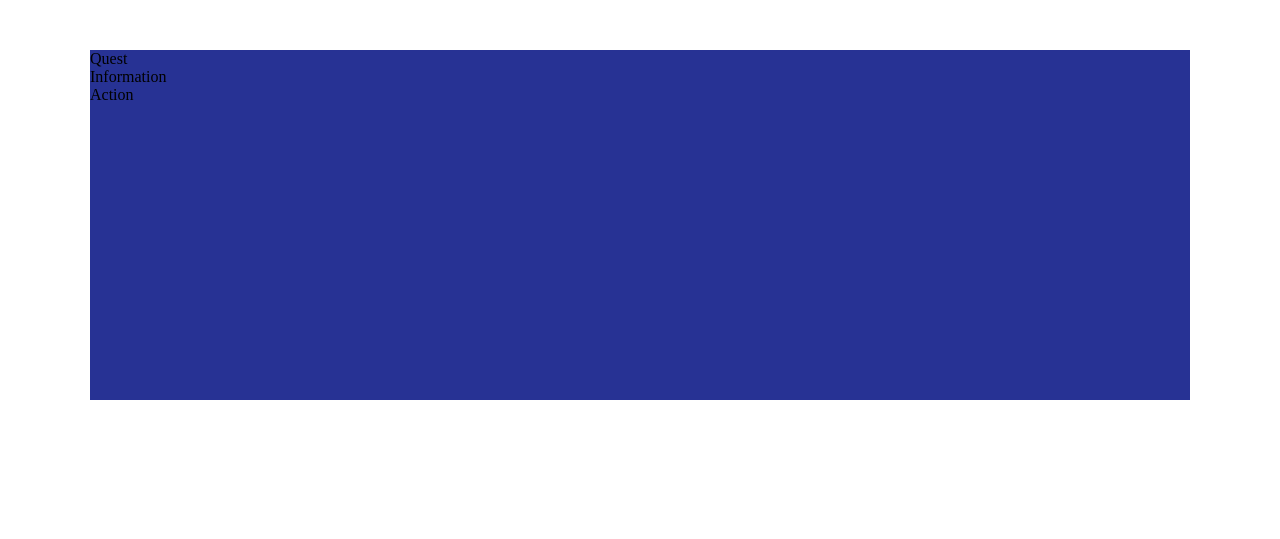
Repository: rahulnag7963/UBCHacks4.0
Page: /
The author's editor kept a copy of each file at every save. The page is drawn from the files as they stood at one save, then again after the next save.
The browser window is 1280 px wide. The pictures show the whole page.
The project was rebuilt for these pictures with package versions that can differ from the ones it lists, and the page was loaded fresh each time.

Above is the page before, as saved 2022-11-26 02:27:53.

### public/index.html
<!DOCTYPE html>
<html lang="en">
  <head>
    <meta charset="utf-8" />
    <link rel="icon" href="%PUBLIC_URL%/favicon.ico" />
    <meta name="viewport" content="width=device-width, initial-scale=1" />
    <meta name="theme-color" content="#000000" />
    <meta
      name="description"
      content="Web site created using create-react-app"
    />
    <link rel="apple-touch-icon" href="%PUBLIC_URL%/logo192.png" />
    <link rel="manifest" href="%PUBLIC_URL%/manifest.json" />
    <title>BC Hacks 4.0 Game</title>
  </head>
  <body>
    <noscript>You need to enable JavaScript to run this app.</noscript>
    <div id="root"></div>
  </body>
</html>

### src/index.tsx
import React from 'react';
import ReactDOM from 'react-dom/client';
import './index.css';
import App from './app';

const root = ReactDOM.createRoot(
  document.getElementById('root') as HTMLElement
);

root.render(
  <React.StrictMode>
    <App />
  </React.StrictMode>
);

### src/app.tsx
import React from "react";
import "./app.css";
import Quest from "./Components/Quest";
import Information from "./Components/Information";
import Action from "./Components/Action";
function app() {
  return (
    <div className="app">
      <div className="Components">
        <Quest />
        <Information />
        <Action />
      </div>
    </div>
  );
}

export default app;

### src/app.css
.app {
    height: 350px;
    width: 1100px;
    background-color: rgb(39, 50, 148);
    margin-left: auto;
    margin-right: auto;
    margin-top: 50px;


}

.component {
    text-align: center;
    padding: 250px;
}

### src/Components/Quest.tsx
import React from 'react'

const Quest = () => {
  return (
    <div>Quest</div>
  )
}

export default Quest

### src/Components/Information.tsx
import React from 'react'

const Information = () => {
  return (
    <div>Information</div>
  )
}

export default Information

### src/Components/Action.tsx
import React from 'react'

const Action = () => {
  return (
    <div>Action</div>
  )
}

export default Action

Loaded but not shown: src/index.css (common file)

After the next save:
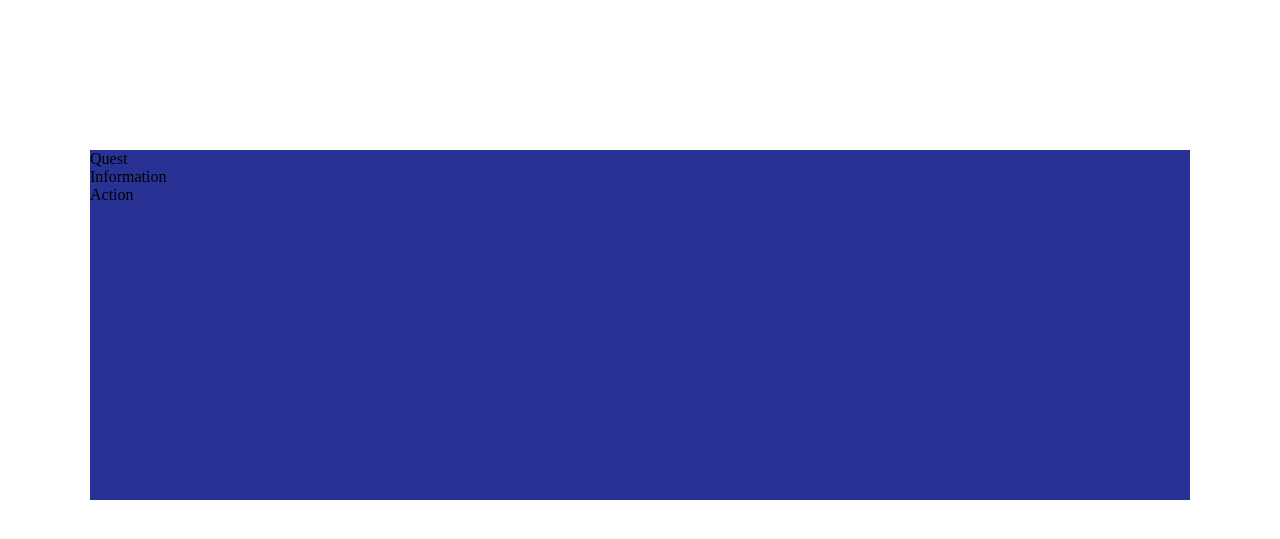
Saved 12 s later.
--- a/src/app.css
+++ b/src/app.css
@@ -4,7 +4,7 @@
     background-color: rgb(39, 50, 148);
     margin-left: auto;
     margin-right: auto;
-    margin-top: 50px;
+    margin-top: 150px;
 
 
 }
